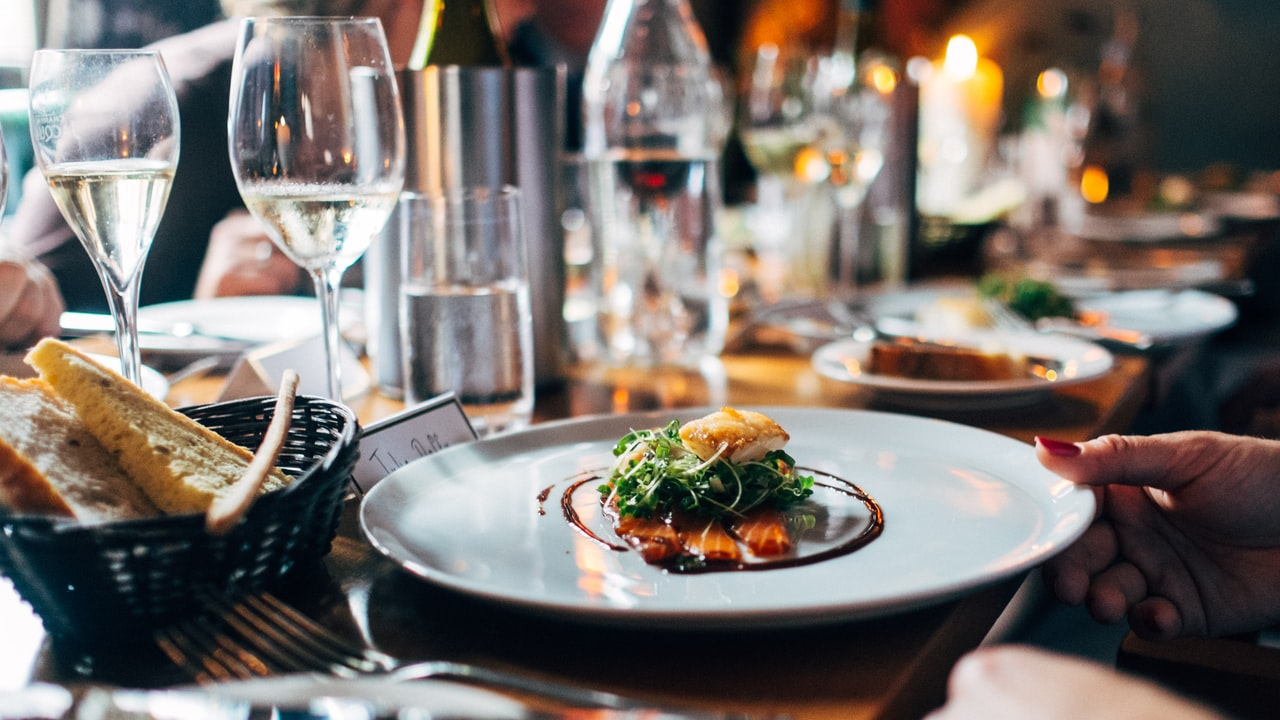
Repository: Saieebawake/Local-Storage
Page: index.html
An editor plug-in stored every save of this project. The page is shown before and after the next save, followed by the edit.
The browser window is 1280 px wide. The pictures show the whole page.

Above is the page before, as saved 2026-09-29 16:33:50.

After the next save:
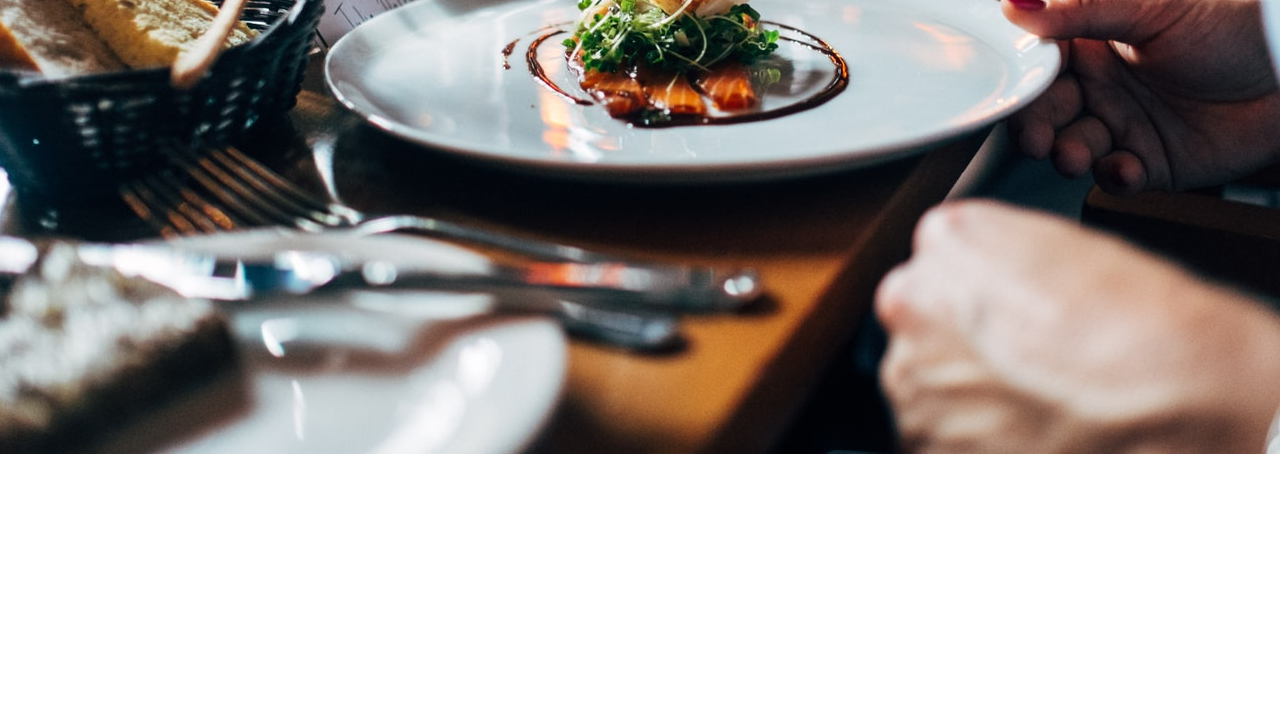
Saved 26 s later.
--- a/style.css
+++ b/style.css
@@ -1,4 +1,4 @@
 html {
     box-sizing: border-box;
-    background: url('oh-la-la.jpeg')
+    background: url('oh-la-la.jpeg') center no-repeat;
 }
